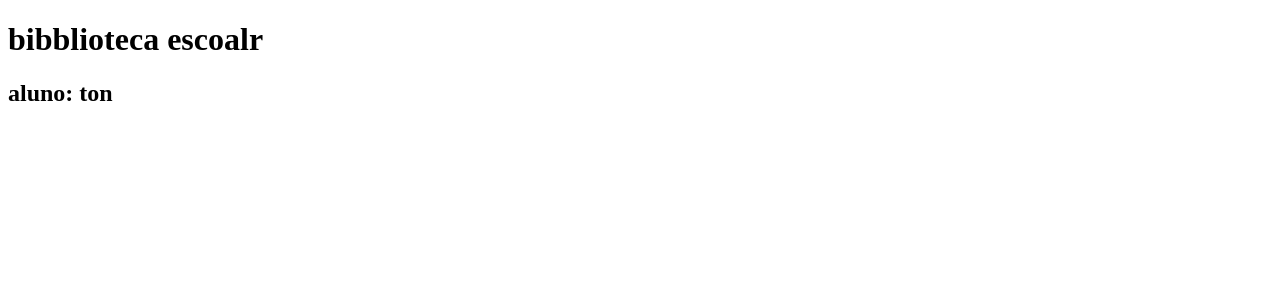
Repository: melloeduarda/html
Page: index.html
The author's editor kept a copy of each file at every save. The page is drawn from the files as they stood at one save, then again after a run of saves.
The browser window is 1280 px wide. The pictures show the whole page.

Above is the page before, as saved 2026-10-28 15:09:29.

After the next 3 saves:
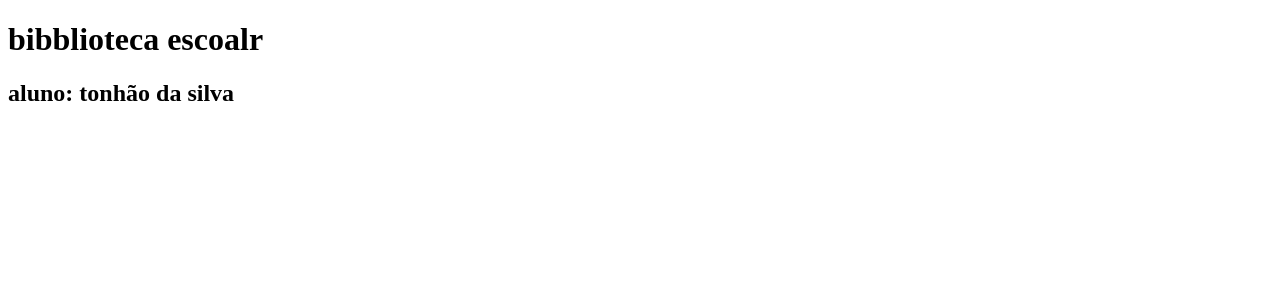
The 3 saves are shown as one change because they came seconds apart.
The last was saved 15 s later.
--- a/index.html
+++ b/index.html
@@ -10,4 +10,4 @@
 
 <header>
     <h1>bibblioteca escoalr</h1>
-    <h2>aluno: ton
+    <h2>aluno: tonhão da silva</h2>
